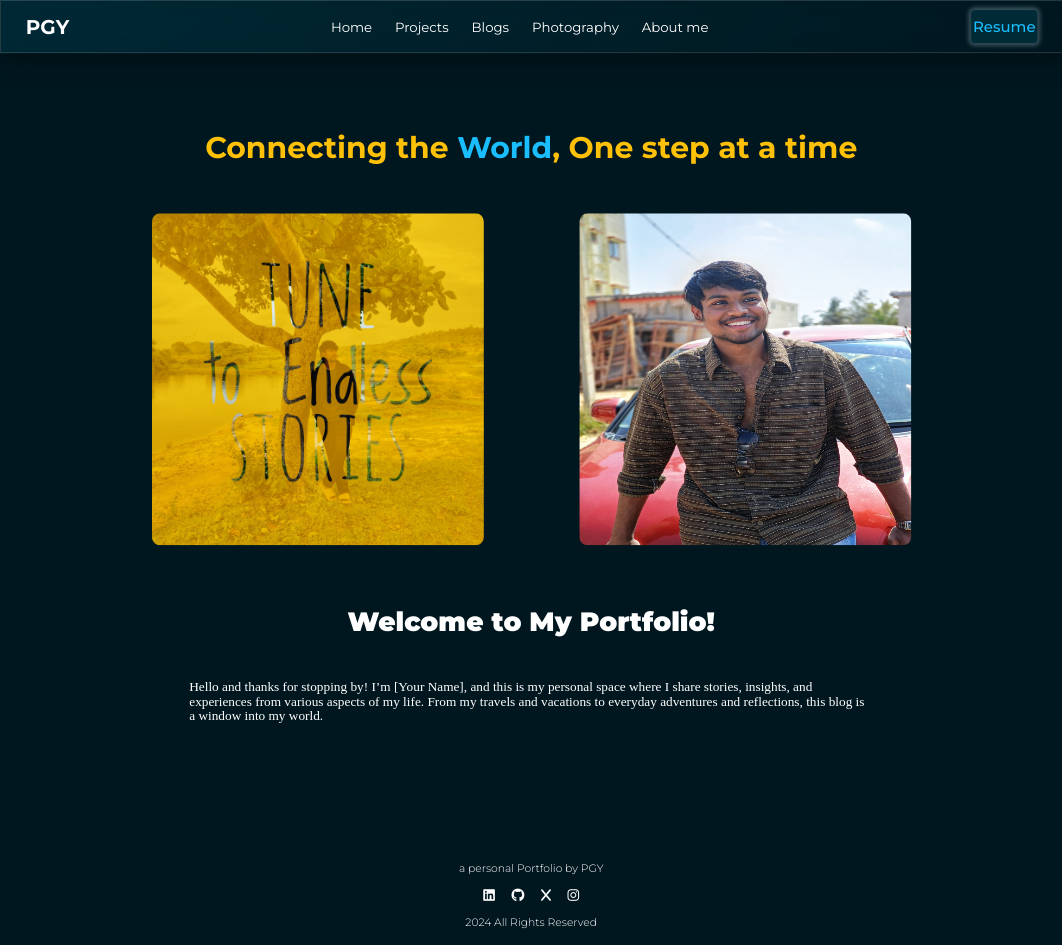
Repository: pgyunknown/pgyunknown
Page: blog.html
An editor plug-in stored every save of this project. The page is shown before and after a run of saves, followed by the edit.
The browser window is 1280 px wide. The pictures show the whole page, at 83% of full size.
Some web libraries are served in a nearby version.

Above is the page before, as saved 2024-08-14 20:42:43.

### blog.html
<!DOCTYPE html>
<html lang="en">
<head>
    <meta charset="UTF-8">
    <meta name="viewport" content="width=device-width, initial-scale=1.0">
    <title>Document</title>
    <link rel="stylesheet" href="blog.css">
    <link rel="preconnect" href="https://fonts.googleapis.com">
<link rel="preconnect" href="https://fonts.gstatic.com" crossorigin>
<link href="https://fonts.googleapis.com/css2?family=Libre+Baskerville:ital,wght@0,400;0,700;1,400&family=Montserrat:ital,wght@0,100..900;1,100..900&family=Titillium+Web:ital,wght@0,200;0,300;0,400;0,600;0,700;0,900;1,200;1,300;1,400;1,600;1,700&display=swap" rel="stylesheet">
<link rel="stylesheet" href="https://cdnjs.cloudflare.com/ajax/libs/font-awesome/6.6.0/css/all.min.css" integrity="sha512-Kc323vGBEqzTmouAECnVceyQqyqdsSiqLQISBL29aUW4U/M7pSPA/gEUZQqv1cwx4OnYxTxve5UMg5GT6L4JJg==" crossorigin="anonymous" referrerpolicy="no-referrer" />
</head>
<body>
    <header>
        <div class="pgy_con">
                <div class="pgy"><a href="#">PGY</a></div>
        </div>
        <nav>
                <div class="nav_bar">
                <a href="#" id="home">Home</a>
                <a href="#"id="projects">Projects</a>
                <a href="#"id="blogs">Blogs</a>
                <a href="#"id="photo">Photography</a>
                <a href="#"id="About">About me</a>
                </div>
            </nav>
        <div class="resume_con">
                <button>Resume</button>
        </div>
    </header>
        <main>
            <div class="heading"><h1>Connecting the <span>World</span>, One step at a time</h1></div>
        <div class="contianer">
        <div ><img src="imgs/personal.jpg" alt=""></div>
        <div ><img src="imgs/IMG20240227144332 (1).jpg" alt=""></div>
        </div>
        <div class="blog_intro">
        <article >
            <h1>Welcome to My Portfolio!</h1>
            <p>Hello and thanks for stopping by! I’m [Your Name], and this is my personal space where I share stories, insights, and experiences from various aspects of my life. From my travels and vacations to everyday adventures and reflections, this blog is a window into my world.</p>
        </article>
    </div>
    </main>
        <footer>
            <div class="footer_port">a personal Portfolio by PGY</div>
            <div class="footer_icons">
            <a href="https://www.linkedin.com/in/p-gokul-yadav-82548a295?utm_source=share&utm_campaign=share_via&utm_content=profile&utm_medium=android_app" alt="Gokul's linkedin profile" target="_blank"><i class="fa-brands fa-linkedin"></i></a>
            <a href="https://github.com/pgyunknown" alt="Gokul Github profile" target="_blank"><i class="fa-brands fa-github"></i></a>
            <a href="#"><i class="fa-brands fa-x" target="_blank"></i></a>
            <a href="#"><i class="fa-brands fa-instagram" target="_blank"></i></a>
        </div>
        <div class="copyrights">2024 All Rights Reserved</div>
    </footer>

</body>
</html>

### blog.css
*{margin: 0px;
    padding: 0px;
}
body{
    background-color: #00171F;
    color: white;
    box-sizing: border-box;


}
a{
    text-decoration: none;
    color: inherit;
}

header{
    display: flex;
    justify-content: space-between;
    align-items: center;
    padding: 10px;
    /* Glassy effect */
    background: linear-gradient(135deg, rgba(0, 200, 255, 0.1), rgba(255, 255, 255, 0));
    backdrop-filter: blur(10px);
    -webkit-backdrop-filter: blur(10px);
    border:1px solid rgba(255, 255, 255, 0.18);
    box-shadow: 0 8px 32px 0 rgba(0, 0, 0, 0.37);

    overflow: hidden;
    position: fixed; /* Set the navbar to fixed position */
    top: 0; /* Position the navbar at the top of the page */
    width: 100%;
}

.pgy_con
{
    margin-left: 20px;
    font-family: "Montserrat", sans-serif;
    font-optical-sizing: auto;
    font-size: x-large;
    font-weight: 700;
    font-style: normal;
    align-items: end;

}

.pgy_con .pgy a{
    text-decoration: none;
}
.nav_bar {
        /* height: 50px; */
    width: 500px;
    display: flex;
    justify-content: space-evenly;

    transition-property: all;
    transition-timing-function: ease-in-out;
    transition-delay: 1s;


}

.nav_bar a{
    box-sizing: border-box;
    font-family: "Montserrat", sans-serif;
    font-optical-sizing: auto;
    font-weight: 400;
    font-style: normal
    text-decoration: none;
    justify-content: space-around;
    align-items: center;
    padding: 5px ;
}

.nav_bar a:hover{
    color: #FFC107;
    text-shadow: #FFC107 0px 0px  1px;
    border-bottom: 0.5px solid #FFC107;


}


.resume_con {
    display: flex;
    justify-content: center;
    margin-right: 20px;
    background-color: #00171F;
    margin-right: 40px;
}
.resume_con button{
    background-color:rgba(0, 200, 255, 0.1);
    box-sizing: content-box;
    height: 40px;
    width: 80px;
    font-family: "Montserrat", sans-serif;
    font-optical-sizing: auto;
    font-size: large;
    font-weight: 500;
    font-style: normal;
    color: #1ABEFF;
    border: 0.0001px solid #3c555f;
    border-radius: 5px;
    box-shadow: 0px 0px 5px 2px #3c555f;

}
main{
    display: flex;
    flex-direction: column;
    justify-content:space-around;
    align-items: center;
    padding: 70px;
    margin: 55px;
}
.heading{
    display: flex;
    margin: 30px;
    padding-bottom: 20px;
    font-family: "Montserrat", sans-serif;
    font-optical-sizing: auto;
    font-size: large;
    font-weight: 500;
    font-style: normal;
    color: #FFC107;
}

main .heading span{
    color: #1ABEFF;
}
.contianer{
    height: 400px;
    width:100%;
    padding: 10px;

    display: flex;
    justify-content: space-around;
    align-items: center;
    flex-direction: row;

}
.contianer img{
    height: 400px;
    width: 400px;
    border-radius:10px;
    /* border: 1px solid #2792bd; */
    /* box-shadow: 0px 0px 35px 1px #2792bd; */


}
main article{
    padding-top:20px;
}

.blog_intro{
    padding: 40px;
    width: 80%;
}

.blog_intro h1{
    text-align: center;
    font-family: "Montserrat", sans-serif;
    font-optical-sizing: auto;
    font-size: xx-large;
    font-weight: 900;
    font-style: normal;
}

.blog_intro p{
    padding-top:50px;
}



footer{
    display: flex;
    flex-direction:column;
    justify-content: space-evenly;
    align-items: center;
    margin-bottom: 20px;

    font-family: "Montserrat", sans-serif;
    font-optical-sizing: auto;
    font-size: small;
    font-weight: 300;
    font-style: normal;
}

.footer_icons{
    display: flex;
    justify-content: center;
    align-items: center;
    width: 50px;
    height: 50px;
}



.copyrights{
    display: flex;
    justify-content: center;
    align-items: center;
}

.footer_icons a{
font-size: medium;
padding: 10px;
width: 50px;
height: 50px;
display: flex;
justify-content: center;
align-items: center;
}

After the next 3 saves:
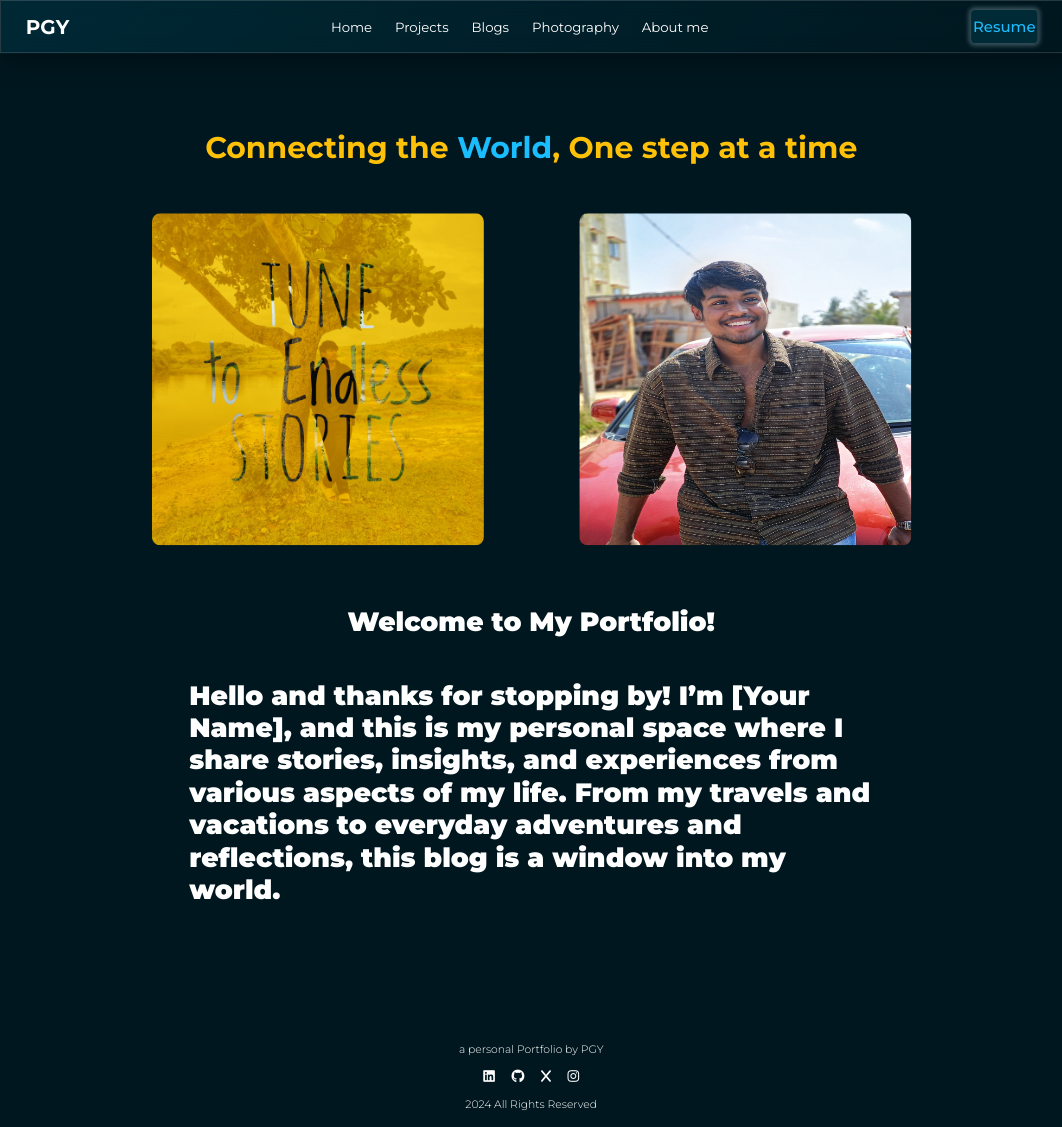
The 3 saves are shown as one change because they came seconds apart.
The last was saved 19 s later.
--- a/blog.css
+++ b/blog.css
@@ -166,6 +166,11 @@ main article{
 
 .blog_intro p{
     padding-top:50px;
+    font-family: "Montserrat", sans-serif;
+    font-optical-sizing: auto;
+    font-size: xx-large;
+    font-weight: 900;
+    font-style: normal;
 }
 
 
